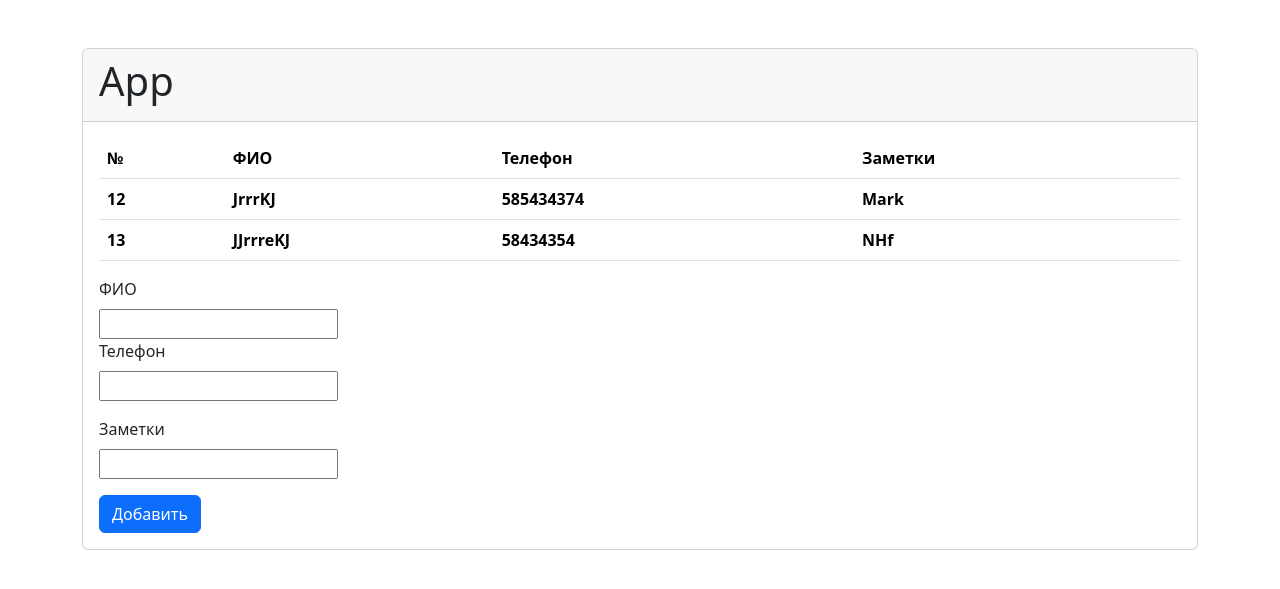
Repository: tatacheba/appstepikjavareact
Page: / (app in client/)
The author's editor kept a copy of each file at every save. The page is drawn from the files as they stood at one save, then again after the next save.
The browser window is 1280 px wide. The pictures show the whole page.
The project was rebuilt for these pictures with package versions that can differ from the ones it lists, and the page was loaded fresh each time. Also part of the build but not shown: client/src/App.css.

Above is the page before, as saved 2024-11-27 14:35:04.

After the next save:
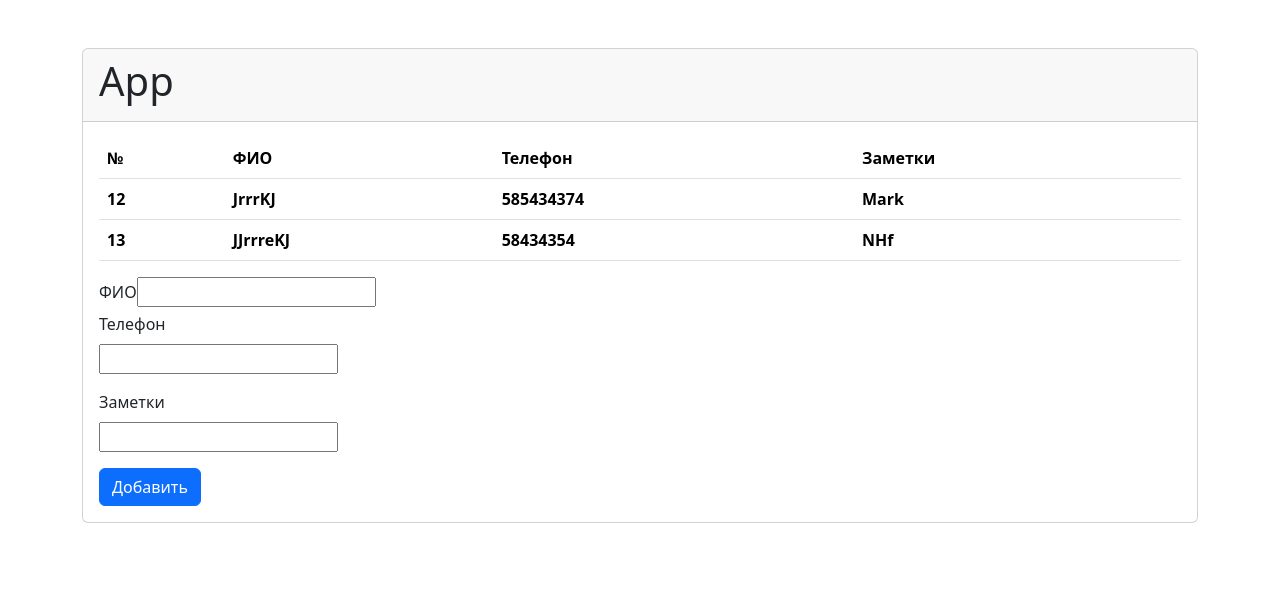
Saved 70 s later.
--- a/client/src/layouts/formNewItem/FormNewItem.js
+++ b/client/src/layouts/formNewItem/FormNewItem.js
@@ -3,13 +3,13 @@ import React from "react";
 function FormNewItem(props) {
     return (
         <form action="">
-            <label className="form-label">ФИО</label>
             <div className="mb-12">
+                <label className="form-label">ФИО</label>
                 <input type="text" />
             </div>
             <label className="form-label">Телефон</label>
             <div className="mb-3">
-                <input type="text" />
+                <input type="textarea" />
             </div>
             <label className="form-label">Заметки</label>
             <div className="mb-3">
